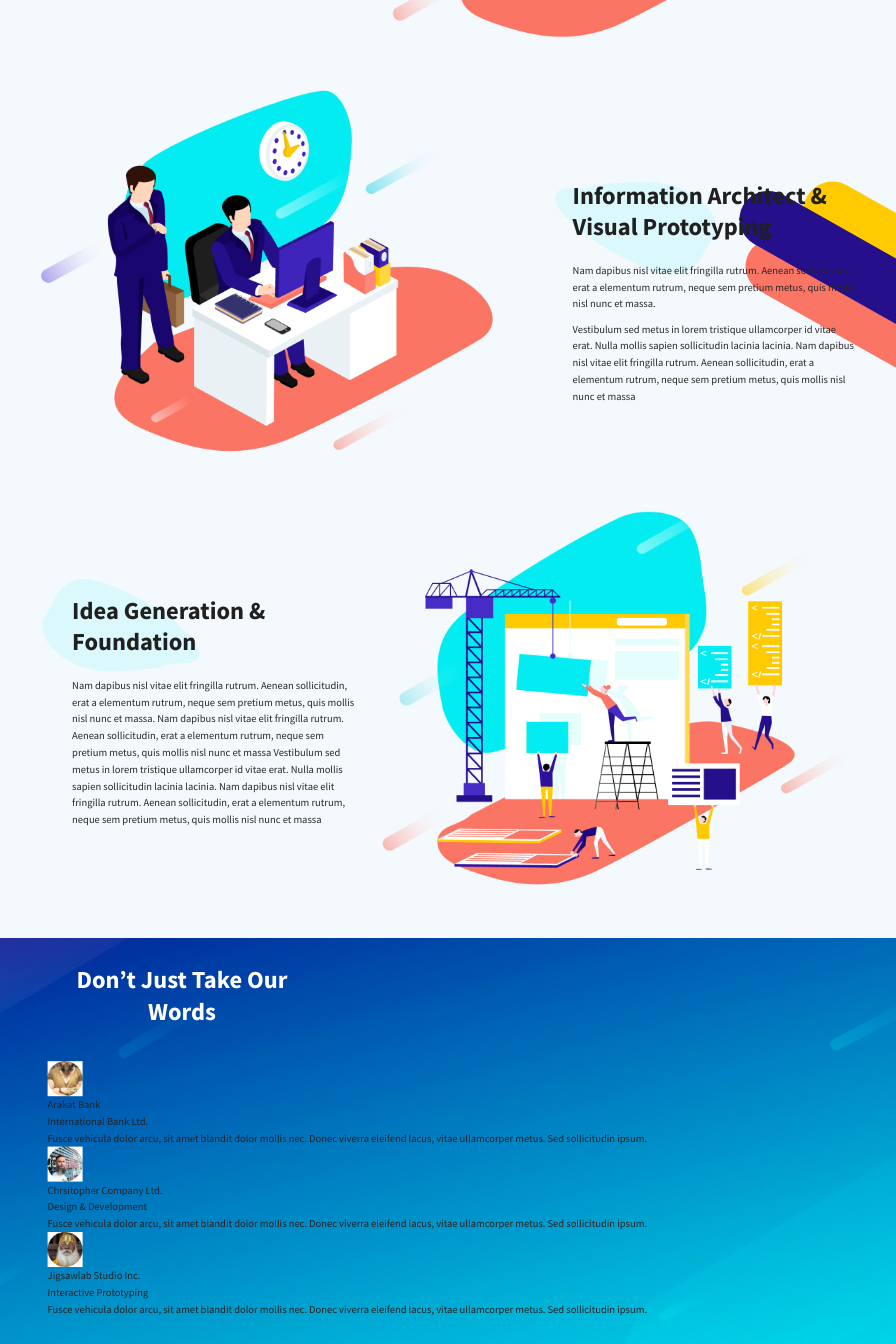
Repository: advert31337/marafon_from0to1_MartaUP
Page: index.html
These files come from the project's save history. The page is drawn as it stood at one moment and after the next save; the edit follows.
The browser window is 1280 px wide. The pictures show the part of the page from y = 1900 to 3820 px (the page is 3820 px tall), at 70% of full size.

Above is the page before, as saved 2020-03-08 11:17:49.

After the next save:
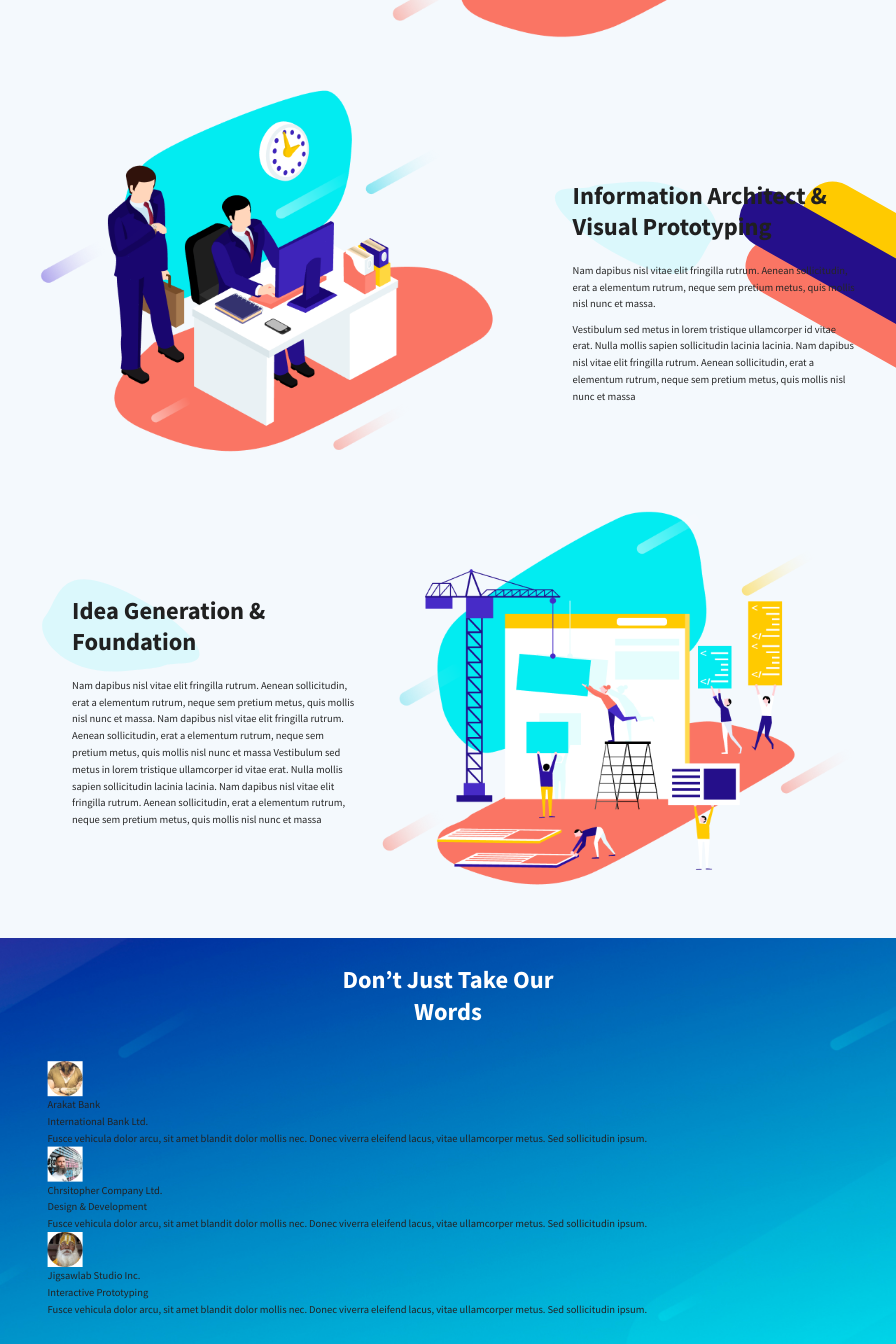
Saved 34 s later.
--- a/css/style.css
+++ b/css/style.css
@@ -244,7 +244,7 @@ a {
 
 .reviews__title {
     color: #fff;
-    margin-bottom: 48px;
+    margin: 0 auto 48px;
     max-width: 384px;
 }
 .reviews__items {
